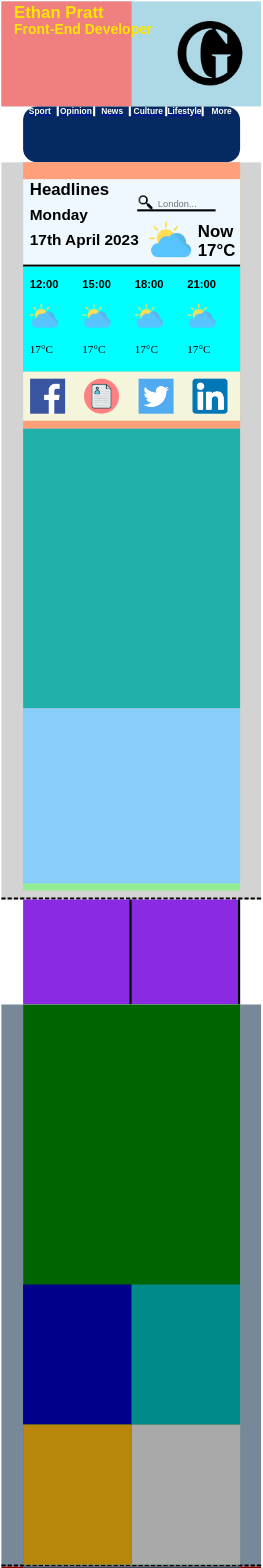
Repository: ghend99/News-Media
Page: index.html
An editor plug-in stored every save of this project. The page is shown before and after a run of saves, followed by the edit.
The browser window is 375 px wide. The pictures show the part of the page from y = 0 to 2240 px (the page is 4372 px tall), at 70% of full size.
Some web fonts or font styles are not loaded; a fallback is used.

Above is the page before, as saved 2023-05-07 15:52:24.

### index.html
<!DOCTYPE html>
<html lang="en">
  <head>
    <meta charset="UTF-8" />
    <meta http-equiv="X-UA-Compatible" content="IE=edge" />
    <meta name="viewport" content="width=device-width, initial-scale=1.0" />

    <link rel="stylesheet" href="style.css" />

    <title>Document</title>
  </head>
  <body>
    <!-- Header Container -->
    <div id="header-container">
      <div id="header-left-section">
        <p class="header-name webpage-header">Ethan Pratt</p>

        <p class="header-job webpage-header">Front-End Developer</p>
        <p class="header-social-link header-social-link-portfolio">Portfolio</p>
        <p class="header-social-link header-social-link-linkedin">LinkedIn</p>
        <p class="header-social-link header-social-link-github">Github</p>
      </div>
      <div id="header-middle-section"></div>
      <div id="header-right-section">
        <img class="header-logo" src="./images/guardian-logo.png" />
        <img
          class="header-logo-mobile"
          src="./images/guardian-logo-mobile.png"
        />
        <p class="header-slogan webpage-header">Newspaper of the year</p>
      </div>
    </div>

    <!-- Navigation Links Container -->
    <div id="navigation-link-container">
      <a href="page2.html">
        <p class="navigation-link webpage-header">Sport</p>
      </a>

      <a href="page2.html">
        <p class="navigation-link webpage-header">Opinion</p>
      </a>

      <a href="page2.html">
        <p class="navigation-link webpage-header">News</p>
      </a>

      <a href="page2.html">
        <p class="navigation-link webpage-header">Culture</p>
      </a>

      <a href="page2.html" id="nav-link">
        <p class="navigation-link webpage-header">Lifestyle</p>
      </a>

      <a>
        <p class="navigation-link webpage-header" id="navigation-link6">More</p>
      </a>
    </div>

    <!-- News Section 1 -->

    <div id="news1-container">
      <div id="news1-wrapper">
        <div id="news1-article-container">
          <div id="news1-weather-container">
            <div id="weather-top-section">
              <p class="weather-container-header webpage-header">Headlines</p>
              <p class="weather-container-day webpage-header">Monday</p>
              <p class="weather-container-date webpage-header">
                17th April 2023
              </p>
              <img src="./images/search-icon-black.png" class="search-icon" />
              <input
                type="text"
                placeholder="London..."
                class="weather-container-location-input"
              />
              <img
                class="weather-location-current-icon"
                src="./images/cloudy.png"
              />
              <p class="weather-location-current-text webpage-header">
                Now <br />17°C
              </p>
            </div>
            <div id="weather-middle-section">
              <div id="weather-middle-section-time1">
                <p class="webpage-header">12:00</p>
                <img src="./images/cloudy.png" class="weather-now-icon" />
                <p>17°C</p>
              </div>
              <div id="weather-middle-section-time2">
                <p class="webpage-header">15:00</p>
                <img src="./images/cloudy.png" class="weather-now-icon" />
                <p>17°C</p>
              </div>
              <div id="weather-middle-section-time3">
                <p class="webpage-header">18:00</p>
                <img src="./images/cloudy.png" class="weather-now-icon" />
                <p>17°C</p>
              </div>
              <div id="weather-middle-section-time4">
                <p class="webpage-header">21:00</p>
                <img src="./images/cloudy.png" class="weather-now-icon" />
                <p>17°C</p>
              </div>
            </div>
            <div id="weather-bottom-section">
              <img
                class="weather-soiclas-link-icon"
                src="./images/facebook.png"
              />
              <img
                class="weather-soiclas-link-icon"
                src="./images/resume-icon.png"
              />
              <img
                class="weather-soiclas-link-icon"
                src="./images/twitter.png"
              />
              <img
                class="weather-soiclas-link-icon"
                src="./images/linekdin.png"
              />
            </div>
          </div>
          <div id="news1-article1-container"></div>
          <div id="news1-article2-container"></div>
        </div>
      </div>
    </div>

    <!-- News Headers -->
    <div id="news-headers">
      <div class="news-header"></div>
      <div class="news-header"></div>
      <div class="news-header"></div>
      <div class="news-header" id="news-header4"></div>
    </div>

    <!-- News Section 2 -->
    <div id="news2-container">
      <div id="news2-wrapper">
        <div id="news2-article-container">
          <div id="news2-article1"></div>
          <div id="news2-article2">
            <div id="news2-article2-article1"></div>
            <div id="news2-article2-article2"></div>
            <div id="news2-article2-article3"></div>
            <div id="news2-article2-article4"></div>
          </div>
        </div>
      </div>
    </div>

    <!-- News Section 3 -->
    <div id="news3-container">
      <div id="news3-wrapper">
        <div id="news3-article-container">
          <div id="news3-article1-container"></div>
          <div id="news3-article2-container"></div>
        </div>
      </div>
    </div>

    <!-- News Section 4 -->
    <div id="news4-container">
      <div id="news4-wrapper">
        <div id="news4-article-container">
          <div id="news4-article1-container-header"></div>
          <div id="news4-article2-container">
            <div id="news4-article2-article1"></div>
            <div id="news4-article2-article2"></div>
            <div id="news4-article2-article3"></div>
            <div id="news4-article2-article4"></div>
          </div>
        </div>
      </div>
    </div>

    <!-- News Section 5 -->
    <div id="news5-container">
      <div id="news5-wrapper">
        <div id="news5-article-container">
          <div id="news5-article1-container"></div>
          <div id="news5-article2-container"></div>
        </div>
      </div>
    </div>

    <!-- Footer -->
    <div id="footer-container">
      <div id="footer-wrapper">
        <div id="footer-content-container">
          <div id="footer-navigation-link-container">
            <a href="page2.html">
              <p class="navigation-link webpage-header"></p>
            </a>

            <a href="page2.html">
              <p class="navigation-link webpage-header"></p>
            </a>

            <a href="page2.html">
              <p class="navigation-link webpage-header"></p>
            </a>

            <a href="page2.html">
              <p class="navigation-link webpage-header"></p>
            </a>

            <a href="page2.html" id="nav-link">
              <p class="navigation-link webpage-header"></p>
            </a>

            <a>
              <p
                class="navigation-link webpage-header"
                id="navigation-link6"
              ></p>
            </a>
          </div>
          <div id="footer-section2">
            <div id="footer-section2-section1"></div>
            <div id="footer-section2-section2"></div>
            <div id="footer-section2-section3"></div>
            <div id="footer-section2-section4"></div>
            <div id="footer-section2-section5"></div>
          </div>
        </div>
      </div>
    </div>
  </body>
</html>

### style.css
@import url("https://fonts.googleapis.com/css2?family=Signika+Negative:wght@600&display=swap");

body {
  margin: 2px;
}

.webpage-header {
  font-family: "Signika Negative", sans-serif;
  font-weight: bold;
}

#header-container {
  display: grid;
  grid-template-columns: 1fr 1fr 1fr;
  grid-template-rows: 1fr;
  width: 100%;
  min-width: 310px;
  max-height: 300px;
  min-height: 150px;
  background-color: lightblue;
}

#header-left-section {
  background-color: lightcoral;
}

.header-name {
  position: absolute;
  color: #ffe500;
  font-size: 32px;
  left: 20px;
  top: -20px;
}

.header-job {
  position: absolute;
  color: #ffe500;
  font-size: 32px;
  left: 20px;
  top: 10px;
}

.header-social-link {
  position: absolute;
  border: solid;
  padding: 5px;
  background-color: #ffe500;
  width: fit-content;
  border-radius: 10px;
}

.header-social-link-portfolio {
  top: 80px;
  margin-left: 20px;
}

.header-social-link-linkedin {
  top: 80px;
  margin-left: 100px;
}

.header-social-link-github {
  top: 80px;
  margin-left: 180px;
}

#header-right-section {
  background-color: lightgoldenrodyellow;
}

.header-logo {
  position: absolute;
  width: 400px;
  margin-left: 50px;
  right: 140px;
  top: 20px;
}

.header-logo-mobile {
  display: none;
}

.header-slogan {
  position: absolute;
  width: 400px;
  margin-left: 50px;
  right: 80px;
  top: 60px;
  font-size: 26px;
  color: #ffe500;
}

#navigation-link-container {
  position: relative;
  display: grid;
  grid-template-columns: 1fr 1fr 1fr 1fr 1fr 1fr;
  grid-template-rows: 1fr;
  max-height: 200px;
  min-height: 80px;
  width: 50%;
  min-width: 310px;
  left: 50%;
  transform: translate(-50%);
  background-color: #052962;
  border-radius: 20px;
  text-align: center;
}

.navigation-link {
  border-right: solid;
  border-color: white;
  margin-top: auto;
  margin-bottom: auto;
  color: white;
}

#navigation-link6 {
  border-right: none;
}

#news1-container {
  /* width: 100%;
  min-width: 304px; */
  max-height: 1000px;
  min-height: 800px;
  background-color: lightgray;
  border-bottom: dashed;
}

#news1-wrapper {
  position: relative;
  left: 50%;
  transform: translate(-50%);
  background-color: lightgreen;
  max-width: 50%;
  min-width: 800px;
  max-height: 900px;
  min-height: 800px;
  border-left: dashed;
  border-right: dashed;
  padding-left: 10px;
  padding-right: 10px;
}

#news1-article-container {
  position: relative;
  display: grid;
  grid-template-columns: 0.5fr 1.5fr 0.7fr;
  grid-template-rows: 1fr;
  width: 100%;
  min-width: 304px;
  max-height: 900px;
  min-height: 800px;
  background-color: lightpink;
}

#news1-weather-container {
  display: grid;
  grid-template-columns: 1fr;
  grid-template-rows: 0.7fr 1fr 1fr;
  background-color: lightsalmon;
  height: 450px;
}

#weather-top-section {
  background-color: aliceblue;
  border-bottom: solid;
  padding-left: 10px;
}

.weather-container-header {
  font-size: 24px;
  margin-bottom: 0;
}

.weather-container-day {
  font-size: 22px;
  margin-top: 10px;
  margin-bottom: 0;
}

.weather-container-date {
  font-size: 22px;
  margin-top: 10px;
}

.search-icon {
  position: absolute;
  top: 147px;
  width: 20px;
  left: 10px;
}

.weather-container-location-input {
  text-decoration: none;
  border: none;
  border-bottom: solid;
  background-color: transparent;
  padding-left: 30px;
  margin-left: 5px;
  margin-right: 5px;
  max-width: 200px;
  min-width: 50px;
}

.weather-location-current-icon {
  width: 80px;
}

.weather-location-current-text {
  position: absolute;
  font-size: 24px;
  top: 160px;
  left: 100px;
}
#weather-middle-section {
  background-color: aqua;
  display: grid;
  grid-template-columns: 1fr 1fr 1fr 1fr;
  grid-template-rows: 1fr;
  padding-left: 10px;
}

.weather-now-icon {
  width: 40px;
}

#weather-bottom-section {
  background-color: beige;
  display: grid;
  grid-template-columns: 1fr 1fr 1fr 1fr;
  grid-template-rows: 1fr;
}

.weather-soiclas-link-icon {
  width: 50px;
  padding: 10px;
}

#news1-article1-container {
  background-color: lightseagreen;
}

#news1-article2-container {
  background-color: lightskyblue;
}

#news-headers {
  position: relative;
  display: grid;
  grid-template-columns: 1fr 1fr 1fr 1fr;
  grid-template-rows: 1fr;
  max-height: 250px;
  min-height: 150px;
  left: 50%;
  transform: translate(-50%);
  width: 50%;
  min-width: 800px;
  background-color: blueviolet;
  border-left: dashed;
  border-right: dashed;
  padding-left: 10px;
  padding-right: 10px;
}

.news-header {
  border-right: solid;
}

#news-header4 {
  border-right: none;
}

#news2-container {
  /* width: 100%;
  min-width: 304px; */
  max-height: 800px;
  min-height: 620px;
  background-color: lightslategray;
  border-bottom: dashed;
}

#news2-wrapper {
  position: relative;
  left: 50%;
  transform: translate(-50%);
  background-color: white;
  max-width: 50%;
  min-width: 800px;
  max-height: 800px;
  min-height: 605px;
  border-left: dashed;
  border-right: dashed;
  padding-left: 10px;
  padding-right: 10px;
}

#news2-article-container {
  position: relative;
  display: grid;
  grid-template-columns: 1fr 1fr;
  grid-template-rows: 1fr;
  width: 100%;
  min-width: 304px;
  max-height: 900px;
  min-height: 600px;
  background-color: darkgreen;
}

#news2-article1 {
  min-height: 400px;
}

#news2-article2 {
  display: grid;
  grid-template-columns: 1fr 1fr;
  grid-template-rows: 1fr 1fr;
}

#news2-article2-article1 {
  background-color: darkblue;
}

#news2-article2-article2 {
  background-color: darkcyan;
}

#news2-article2-article3 {
  background-color: darkgoldenrod;
}

#news2-article2-article4 {
  background-color: darkgray;
}

#news3-container {
  max-height: 800px;
  min-height: 620px;
  background-color: darkred;
  border-bottom: dashed;
}

#news3-wrapper {
  position: relative;
  left: 50%;
  transform: translate(-50%);
  background-color: white;
  max-width: 50%;
  min-width: 800px;
  max-height: 800px;
  min-height: 605px;
  border-left: dashed;
  border-right: dashed;
  padding-left: 10px;
  padding-right: 10px;
}

#news3-article-container {
  display: grid;
  grid-template-columns: 0.6fr 1fr;
  grid-template-rows: 1fr;
  background-color: darkmagenta;
  width: 100%;
  min-width: 304px;
  max-height: 900px;
  min-height: 600px;
}

#news3-article1-container {
  background-color: darkslategray;
}

#news3-article2-container {
  background-color: darksalmon;
}

#news4-container {
  max-height: 550px;
  min-height: 400px;
  background-color: darkviolet;
  border-bottom: dashed;
}

#news4-wrapper {
  position: relative;
  left: 50%;
  transform: translate(-50%);
  background-color: white;
  max-width: 50%;
  min-width: 800px;
  max-height: 800px;
  min-height: 400px;
  border-left: dashed;
  border-right: dashed;
  padding-left: 10px;
  padding-right: 10px;
}

#news4-article-container {
  display: grid;
  grid-template-columns: 0.4fr 1fr;
  grid-template-rows: 1fr;
  width: 100%;
  min-width: 304px;
  max-height: 900px;
  min-height: 500px;
  background-color: darkolivegreen;
}

#news4-article2-container {
  display: grid;
  grid-template-columns: 1fr 1fr;
  grid-template-rows: 1fr 1fr;
}

#news4-article2-article1 {
  background-color: lightblue;
}

#news4-article2-article2 {
  background-color: lightcoral;
}

#news4-article2-article3 {
  background-color: lightgoldenrodyellow;
}

#news4-article2-article4 {
  background-color: lightgray;
}

#news5-container {
  max-height: 340px;
  min-height: 300px;
  background-color: darkviolet;
  border-bottom: dashed;
}

#news5-wrapper {
  position: relative;
  left: 50%;
  transform: translate(-50%);
  background-color: white;
  max-width: 50%;
  min-width: 800px;
  max-height: 800px;
  min-height: 300px;
  border-left: dashed;
  border-right: dashed;
  padding-left: 10px;
  padding-right: 10px;
}

#news5-article-container {
  display: grid;
  grid-template-columns: 1.8fr 1fr;
  grid-template-rows: 1fr;
  width: 100%;
  min-width: 304px;
  max-height: 900px;
  min-height: 340px;
}

#news5-article1-container {
  background-color: lightgray;
}

#news5-article2-container {
  background-color: darkmagenta;
}

#footer-container {
  max-height: 700px;
  min-height: 500px;
  background-color: #052962;
  border-bottom: dashed;
}

#footer-wrapper {
  position: relative;
  left: 50%;
  transform: translate(-50%);
  background-color: darkgreen;
  max-width: 50%;
  min-width: 800px;
  max-height: 800px;
  min-height: 500px;
  border-left: solid;
  border-right: solid;
  border-bottom: solid;
  padding-left: 10px;
  padding-right: 10px;
}

#footer-content-container {
  display: grid;
  grid-template-columns: 1fr;
  grid-template-rows: 0.2fr 1fr;
  background-color: darkmagenta;
  width: 100%;
  min-width: 304px;
  max-height: 900px;
  min-height: 600px;
}

#footer-navigation-link-container {
  display: grid;
  grid-template-columns: 1fr 1fr 1fr 1fr 1fr 1fr;
  background-color: lightsteelblue;
}

#footer-section2 {
  display: grid;
  grid-template-columns: 1.2fr 0.6fr 0.6fr 0.6fr 1fr;
  grid-template-rows: 1fr;
}

#footer-section2-section1 {
  background-color: bisque;
}

#footer-section2-section2 {
  background-color: lightcoral;
}

#footer-section2-section3 {
  background-color: lightsalmon;
}

#footer-section2-section4 {
  background-color: lightseagreen;
}

#footer-section2-section5 {
  background-color: darkorange;
}

@media screen and (min-width: 0) and (max-width: 1467px) {
  #news2-article-container {
    grid-template-columns: 1fr;
    grid-template-rows: 1fr 1fr;
    min-height: 700px;
  }
}

@media screen and (min-width: 0) and (max-width: 819px) {
  .header-logo {
    display: none;
  }

  .header-logo-mobile {
    position: absolute;
    display: flex;
    right: 0;
    top: 30px;
    width: 150px;
  }

  .header-slogan {
    display: none;
  }

  #news1-container {
    min-height: 1050px;
    border-bottom: dashed;
  }

  #news1-wrapper {
    min-width: 400px;
    min-height: 1040px;
  }

  #news1-article-container {
    display: block;
  }

  #news1-weather-container {
    display: inline-block;
    min-width: 100%;
    height: 380px;
  }

  .search-icon {
    /* display: none; */
    position: absolute;
    left: 255px;
    top: 47px;
  }

  .weather-container-location-input {
    /* display: none; */
    position: absolute;
    right: 30px;
    top: 50px;
    width: 80px;
  }

  .weather-location-current-icon {
    position: absolute;
    right: 110px;
    top: 80px;
    width: 60px;
    /* display: none; */
  }

  .weather-location-current-text {
    /* display: none; */
    position: absolute;
    left: 320px;
    top: 60px;
    width: 40px;
  }

  #weather-middle-section {
    height: 150px;
  }

  #news1-article1-container {
    grid-template-columns: 1fr;
    grid-template-rows: 1fr 1fr;
    min-width: 100%;
    min-height: 400px;
  }

  #news1-article2-container {
    display: inline-block;
    min-width: 100%;
    min-height: 250px;
  }

  #news-headers {
    grid-template-columns: 1fr 1fr 1fr;
    min-width: 400px;
    /* display: none; */
  }

  #news2-wrapper {
    min-width: 400px;
    /* display: none; */
  }

  #news3-wrapper {
    min-width: 400px;
  }

  #news3-article-container {
    display: grid;
    grid-template-columns: 1fr;
    grid-template-rows: 1fr 1fr;
  }

  #news4-wrapper {
    min-width: 400px;
  }

  #news4-article-container {
    grid-template-columns: 1fr;
    grid-template-rows: 0.2fr 1fr;
  }

  #news5-wrapper {
    min-width: 400px;
    min-height: 400px;
  }

  #news5-container {
    min-height: 400px;
  }

  #news5-article-container {
    grid-template-columns: 1fr;
    grid-template-rows: 1fr 1fr;
    min-height: 400px;
  }

  #footer-wrapper {
    min-width: 400px;
  }

  #footer-section2 {
    grid-template-columns: 1fr 1fr 1fr;
    grid-template-rows: 1fr;
  }
}

@media screen and (min-width: 0) and (max-width: 425px) {
  #header-container {
    grid-template-columns: 1fr 1fr;
  }

  .header-name {
    font-size: 24px;
  }

  .header-job {
    font-size: 20px;
  }

  .header-social-link {
    display: none;
  }

  .search-icon {
    left: 165px;
  }

  .weather-location-current-icon {
    left: 180px;
  }

  .weather-location-current-text {
    left: 250px;
  }

  #news1-wrapper {
    min-width: 310px;
    border: none;
    padding: 0;
  }

  #news-headers {
    grid-template-columns: 1fr 1fr;
    min-width: 310px;
    border: none;
    padding: 0;
  }

  .navigation-link {
    font-size: 12px;
  }

  #news2-wrapper {
    min-width: 310px;
    border: none;
    padding: 0;
  }

  #news3-wrapper {
    min-width: 310px;
    border: none;
    padding: 0;
  }

  #news4-wrapper {
    min-width: 310px;
    border: none;
    padding: 0;
  }

  #news5-wrapper {
    min-width: 310px;
    border: none;
    padding: 0;
  }

  #footer-wrapper {
    min-width: 310px;
    border: none;
    padding: 0;
  }
}

After the next 2 saves:
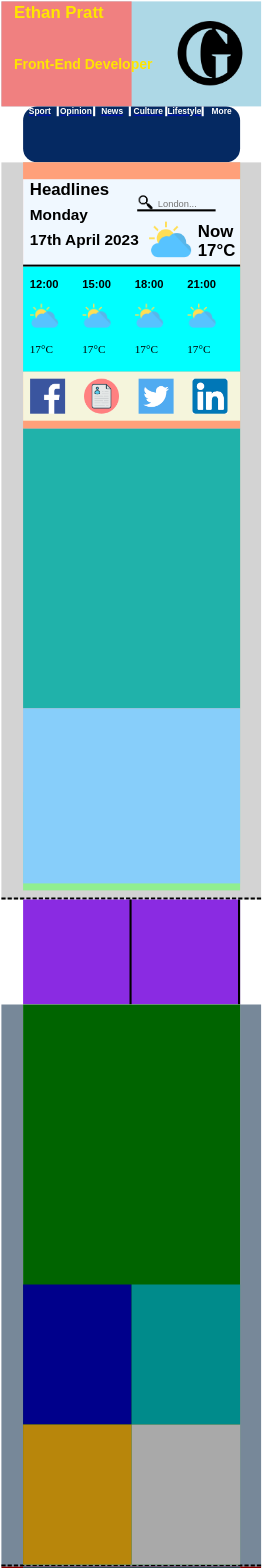
The 2 saves are shown as one change because they came seconds apart.
The last was saved 17 s later.
--- a/style.css
+++ b/style.css
@@ -694,6 +694,7 @@
 
   .header-job {
     font-size: 20px;
+    top: 60px;
   }
 
   .header-social-link {
